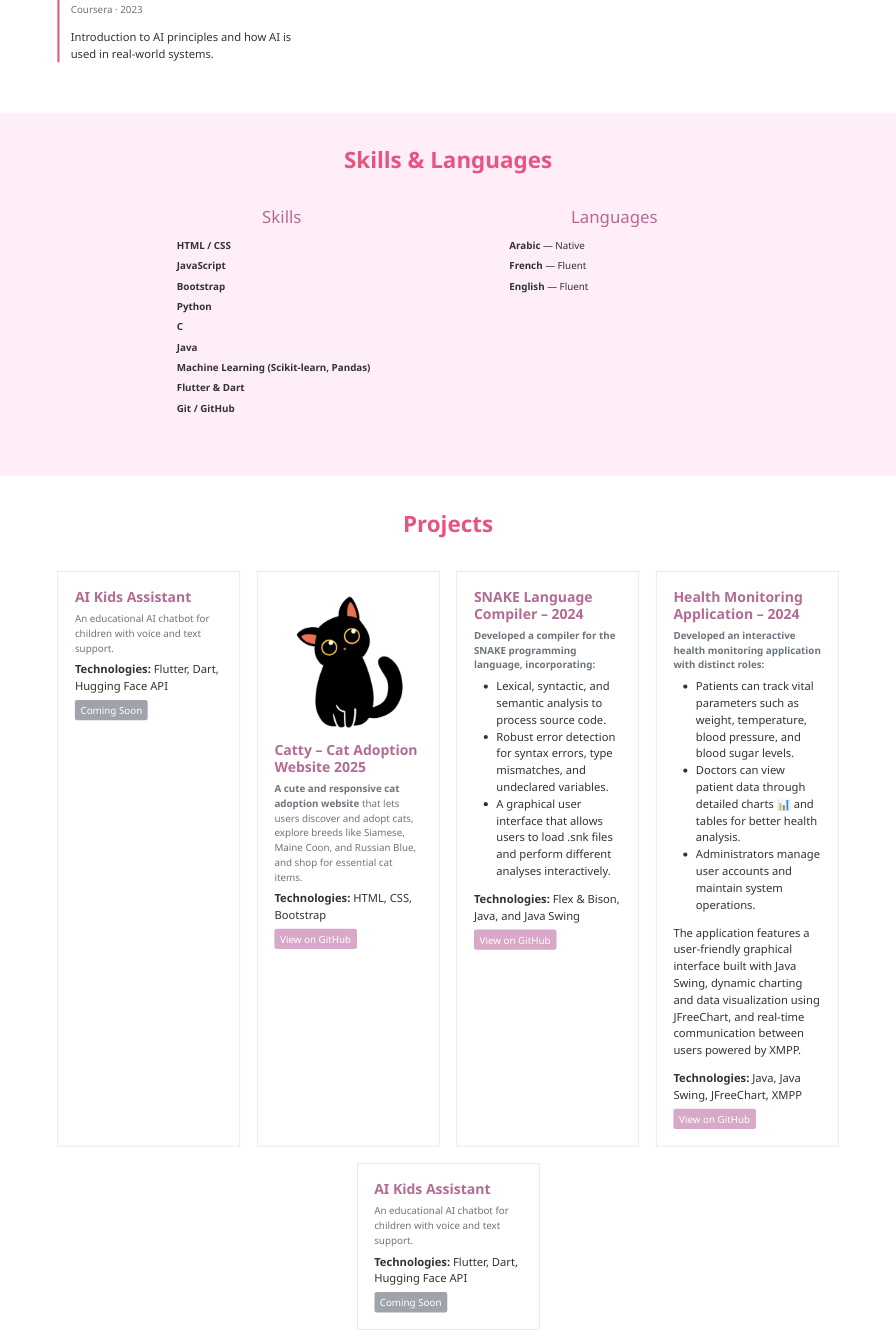
Repository: rihebtlh/portfolio
Page: new.html
The author's editor kept a copy of each file at every save. The page is drawn from the files as they stood at one save, then again after the next save.
The browser window is 1280 px wide. The pictures show the part of the page from y = 1957 to 3877 px (the page is 3905 px tall), at 70% of full size.

Above is the page before, as saved 2025-07-02 16:24:00.

### new.html
<!DOCTYPE html>
<html lang="en">
<head>
  <meta charset="UTF-8" />
  <meta name="viewport" content="width=device-width, initial-scale=1.0" />
  <title>Riheb Talhi Portfolio</title>
  <link href="https://cdn.jsdelivr.net/npm/bootstrap@5.0.2/dist/css/bootstrap.min.css" rel="stylesheet" />
  <script src="https://cdn.jsdelivr.net/npm/bootstrap@5.0.2/dist/js/bootstrap.bundle.min.js"></script>
  <link rel="stylesheet" href="https://cdn.jsdelivr.net/npm/bootstrap-icons@1.10.5/font/bootstrap-icons.css">


  <style>
    body {
      font-family: 'Segoe UI', sans-serif;
      color: #333;
      background: #fff;
    }

    .navbar {
      background: rgba(255, 255, 255, 0.9);
      box-shadow: 0 4px 6px rgba(0, 0, 0, 0.05);
    }

    .navbar-nav .nav-link {
      color: #b36b94 !important;
      font-weight: 500;
    }

    .navbar-nav .nav-link:hover {
      color: #e75480 !important;
    }

    .btn-secondary {
      background-color: #d9a7c7;
      border: none;
    }

    .btn-secondary:hover {
      background-color: #e2b8d3;
    }

    h1, h2 {
      font-weight: 700;
    }

    .display-2 {
      color: #e75480;
    }

    .display-5 {
      color: #a070a8;
    }

    section {
      padding: 4rem 0;
    }

    .head {
      background-color: #ffeef8;
    }

    .about {
      background-color: #ffffff;
    }

    .about h2 {
      color: #e75480;
    }

    .about p {
      font-size: 1.1rem;
      color: #444;
      max-width: 800px;
    }

    img.rounded-circle {
      border: 4px solid #fff;
    }
    /* Simple timeline style */
  .timeline-item {
    border-left: 3px solid #e75480;
    padding-left: 1rem;
    position: relative;
  }
  .timeline-item::before {
    content: '';
    position: absolute;
    left: -9px;
    top: 0.4rem;
    width: 15px;
    height: 15px;
    background: #e75480;
    border-radius: 50%;
  }
  </style>
</head>
<body>

  <!-- Navbar -->
  <nav class="navbar navbar-expand-md navbar-light fixed-top">
    <div class="container-xxl">
      <button class="navbar-toggler" type="button" data-bs-toggle="collapse" data-bs-target="#main-nav"
        aria-controls="main-nav" aria-expanded="false" aria-label="Toggle navigation">
        <span class="navbar-toggler-icon"></span>
      </button>

      <div class="collapse navbar-collapse justify-content-end align-items-center" id="main-nav">
        <ul class="navbar-nav">
          <li class="nav-item"><a class="nav-link" href="#about">About Me</a></li>
          <li class="nav-item"><a class="nav-link" href="#resume">My Resume</a></li>
          <li class="nav-item"><a class="nav-link" href="#skills">Skills & Languages</a></li>
          <li class="nav-item"><a class="nav-link" href="#projects">Projects</a></li>
          <li class="nav-item ms-2 d-none d-md-inline">
            <a class="btn btn-secondary" href="#contact">Contact me here!</a>
          </li>
        </ul>
      </div>
    </div>
  </nav>

  <!-- Hero Section -->
    <section class="head d-flex align-items-center" style="min-height: 100vh;" id="home">
    <div class="container-lg">
        <div class="row justify-content-center align-items-center">
        <div class="col-md-8 text-start">
            <h1>
            <div class="display-2 fw-bold">Riheb Talhi</div>
            <div class="display-5">Computer Science Student</div>
            <div class="display-6 text-muted">just love to solve real-world problems through creative coding.</div>
            </h1>
        </div>
        <div class="col-md-4 text-center d-none d-md-block">
            <span class="tt" data-bs-placement="bottom" title="pic">
            <img src="/assets/pic.jpg" alt="Your photo" class="img-fluid rounded-circle shadow" style="max-height: 400px;">
            </span>
        </div>
        </div>
    </div>
    </section>


  <!-- About Me Section (White) -->
  <section class="about" id="about">
    <div class="container-lg">
      <div class="row justify-content-center">
        <div class="col-md-5">
          <h2 class="mb-4">About Me</h2>
          <p><strong>Name:</strong> Riheb Talhi</p>
          <p><strong>Email:</strong> talhiriheb@gmail.com</p>
          <p><strong>Education:</strong> university of science and technology of oran - mohamed boudiaf</p>
          <p>
            <i class="bi bi-github text-dark me-2"></i>
            <a href="https://github.com/rihebtlh" target="_blank">@rihebtlh</a>
          </p>
          <p>
            <i class="bi bi-linkedin"></i>
            <a href="https://www.linkedin.com/in/riheb-talhi-bab320293" target="_blank">Talhi Riheb</a>
          </p>
          <p>
            I love building smart, helpful apps and exploring the world of artificial intelligence.
            Currently, I'm focused on AI development especially in natural language processing (NLP) and machine learning (ML).
          </p>

        </div>
      </div>
    </div>
  </section>
  <!-- Resume Section -->
    <section id="resume" class="py-5" style="background:#fff;">
        <div class="container-lg">
            <h2 class="mb-5" style="color:#e75480;">My Resume</h2>
            <div class="row">

            <!-- Education -->
            <div class="col-md-6 mb-4">
                <h4 class="mb-4" style="color:#b36b94;">Education</h4>
                <div class="timeline">
                <div class="timeline-item mb-4">
                    <h5 class="mb-1 fw-bold">University of Science and Technology of Oran - Mohamed Boudiaf</h5>
                    <p class="text-muted mb-0"><small>Bachelor's Degree in Computer Science</small></p>
                    <p class="text-muted"><small>2022 - 2025</small></p>
                    <p>Focused on software development, AI, and data structures.</p>
                </div>
                <!-- Add more education here if needed -->
                </div>
            </div>

            <!-- Experience -->
            <div class="col-md-6 mb-4">
                <h4 class="mb-4" style="color:#b36b94;">Experience</h4>
                <div class="timeline">
                <div class="timeline-item mb-4">
                    <h5 class="mb-1 fw-bold">Internship at XYZ Company</h5>
                    <p class="text-muted mb-0"><small>Summer 2023</small></p>
                    <p>Worked on developing web applications and learning Agile methodologies.</p>
                </div>
                <div class="timeline-item mb-4">
                    <h5 class="mb-1 fw-bold">Freelance Web Developer</h5>
                    <p class="text-muted mb-0"><small>2022 - Present</small></p>
                    <p>Built personal and small business websites with modern UI/UX design.</p>
                </div>
                <!-- Add more experience as needed -->
                </div>
            </div>
            </div>
            <!-- Certifications -->
            <div class="col-md-4 mb-4">
                <h4 class="mb-4" style="color:#b36b94;">Certifications</h4>
                <div class="timeline">
                <div class="timeline-item mb-4">
                    <h5 class="fw-bold">Meta Front-End Developer</h5>
                    <p class="text-muted"><small>Coursera · 2024</small></p>
                    <p>Gained skills in React, responsive design, and UI/UX fundamentals.</p>
                </div>
                <div class="timeline-item mb-4">
                    <h5 class="fw-bold">AI For Everyone</h5>
                    <p class="text-muted"><small>Coursera · 2023</small></p>
                    <p>Introduction to AI principles and how AI is used in real-world systems.</p>
                </div>
                </div>
            </div>
        </div>
    </section>
    <!-- Skills & Languages Section -->
    <section id="skills" class="py-5" style="background-color: #ffeef8;">
    <div class="container-lg text-center">
        <h2 class="mb-5" style="color: #e75480;">Skills & Languages</h2>

        <div class="row justify-content-center">
        <!-- Skills -->
        <div class="col-md-5 mb-4">
            <h4 class="mb-3" style="color: #b36b94;">Skills</h4>
            <ul class="list-unstyled small text-start mx-auto" style="max-width: 300px;">
            <li class="mb-2"><strong>HTML / CSS</strong></li>
            <li class="mb-2"><strong>JavaScript</strong></li>
            <li class="mb-2"><strong>Bootstrap</strong></li>
            <li class="mb-2"><strong>Python</strong></li>
            <li class="mb-2"><strong>C</strong></li>
            <li class="mb-2"><strong>Java</strong></li>
            <li class="mb-2"><strong>Machine Learning (Scikit-learn, Pandas)</strong></li>
            <li class="mb-2"><strong>Flutter & Dart</strong></li>
            <li class="mb-2"><strong>Git / GitHub</strong></li>
            </ul>
        </div>

        <!-- Languages -->
        <div class="col-md-5 mb-4">
            <h4 class="mb-3" style="color: #b36b94;">Languages</h4>
            <ul class="list-unstyled small text-start mx-auto" style="max-width: 300px;">
            <li class="mb-2"><strong>Arabic</strong> — Native</li>
            <li class="mb-2"><strong>French</strong> — Fluent</li>
            <li class="mb-2"><strong>English</strong> — Fluent</li>
            </ul>
        </div>
        </div>
    </div>
    </section>
    <!-- Projects Section -->
    <section id="projects" class="py-5" style="background-color: #fff;">
      <div class="container-lg">
        <h2 class="mb-5 text-center" style="color: #e75480;">Projects</h2>

        <div class="row justify-content-center g-4">
          <div class="col-md-3">
            <div class="p-4 border rounded-4 h-100" style="border-color: #ffd6e8;">
              <h5 class="fw-bold" style="color: #b36b94;">AI Kids Assistant</h5>
              <p class="text-muted small mb-2">An educational AI chatbot for children with voice and text support.</p>
              <p class="mb-2"><strong>Technologies:</strong> Flutter, Dart, Hugging Face API</p>
              <a href="#" target="_blank" class="btn btn-sm btn-secondary disabled">Coming Soon</a>
            </div>
          </div>
          <!-- Project 1 -->
          <div class="col-md-3">
            <div class="p-4 border rounded-4 h-100" style="border-color: #ffd6e8; background-color: #fff;">
              <!-- Project Image -->
              <img src="assets/catLogo.webp" alt="Catty Website Preview" class="img-fluid rounded mb-2">
              <!-- Project Content -->
              <h5 class="fw-bold" style="color: #b36b94;">Catty – Cat Adoption Website 2025</h5>
              <p class="text-muted small mb-2"><strong>A cute and responsive cat adoption website</strong> that lets users discover and adopt cats, explore breeds like Siamese, Maine Coon, and Russian Blue, and shop for essential cat items.</p>
              <p class="mb-2"><strong>Technologies:</strong> HTML, CSS, Bootstrap</p>
              <a href="https://github.com/rihebtlh/catty-storefront" target="_blank" class="btn btn-sm btn-secondary">View on GitHub</a>
            </div>
          </div>
          <!-- Project 2 -->
          <div class="col-md-3">
            <div class="p-4 border rounded-4 h-100" style="border-color: #ffd6e8;">
              <h5 class="fw-bold" style="color: #b36b94;">SNAKE Language Compiler – 2024</h5>
              <p class="text-muted small mb-2"><strong>Developed a compiler for the SNAKE programming language, incorporating:</strong></p>
              <p class="text-muted small mb-2">
                <ul>
                  <li>Lexical, syntactic, and semantic analysis to process source code.</li>
                  <li>Robust error detection for syntax errors, type mismatches, and undeclared variables.</li>
                  <li>A graphical user interface that allows users to load .snk files and perform different analyses interactively.</li>
                </ul>
              </p>
              <p class="mb-2"><strong>Technologies:</strong> Flex & Bison, Java, and Java Swing</p>
              <a href="https://github.com/rihebtlh/Compilation" target="_blank" class="btn btn-sm btn-secondary">View on GitHub</a>
            </div>
          </div>
          <!-- Project 3 -->
          <div class="col-md-3">
            <div class="p-4 border rounded-4 h-100" style="border-color: #ffd6e8;">
              <h5 class="fw-bold" style="color: #b36b94;">Health Monitoring Application – 2024</h5>
              <p class="text-muted small mb-2"><strong>Developed an interactive health monitoring application with distinct roles:</strong></p>
              <p class="text-muted small mb-2">
                <ul>
                  <li>Patients can track vital parameters such as weight, temperature, blood pressure, and blood sugar levels.</li>
                  <li>Doctors can view patient data through detailed charts 📊 and tables for better health analysis.</li>
                  <li>Administrators manage user accounts and maintain system operations.</li>
                </ul>
                <p>
                  The application features a user-friendly graphical interface built with Java Swing,
                  dynamic charting and data visualization using JFreeChart,
                  and real-time communication between users powered by XMPP.
                </p></p>
              <p class="mb-2"><strong>Technologies:</strong> Java, Java Swing, JFreeChart, XMPP</p>
              <a href="https://github.com/rihebtlh/health" target="_blank" class="btn btn-sm btn-secondary">View on GitHub</a>
            </div>
          </div>
          <!-- Project 5 -->
          <div class="col-md-3">
            <div class="p-4 border rounded-4 h-100" style="border-color: #ffd6e8;">
              <h5 class="fw-bold" style="color: #b36b94;">AI Kids Assistant</h5>
              <p class="text-muted small mb-2">An educational AI chatbot for children with voice and text support.</p>
              <p class="mb-2"><strong>Technologies:</strong> Flutter, Dart, Hugging Face API</p>
              <a href="#" target="_blank" class="btn btn-sm btn-secondary disabled">Coming Soon</a>
            </div>
          </div>

          <!-- Add more projects here -->

        </div>
      </div>
    </section>






  <!-- Tooltip Init -->
  <script>
    const tooltips = document.querySelectorAll('.tt');
    tooltips.forEach(t => {
      new bootstrap.Tooltip(t);
    });
  </script>

</body>
</html>

After the next save:
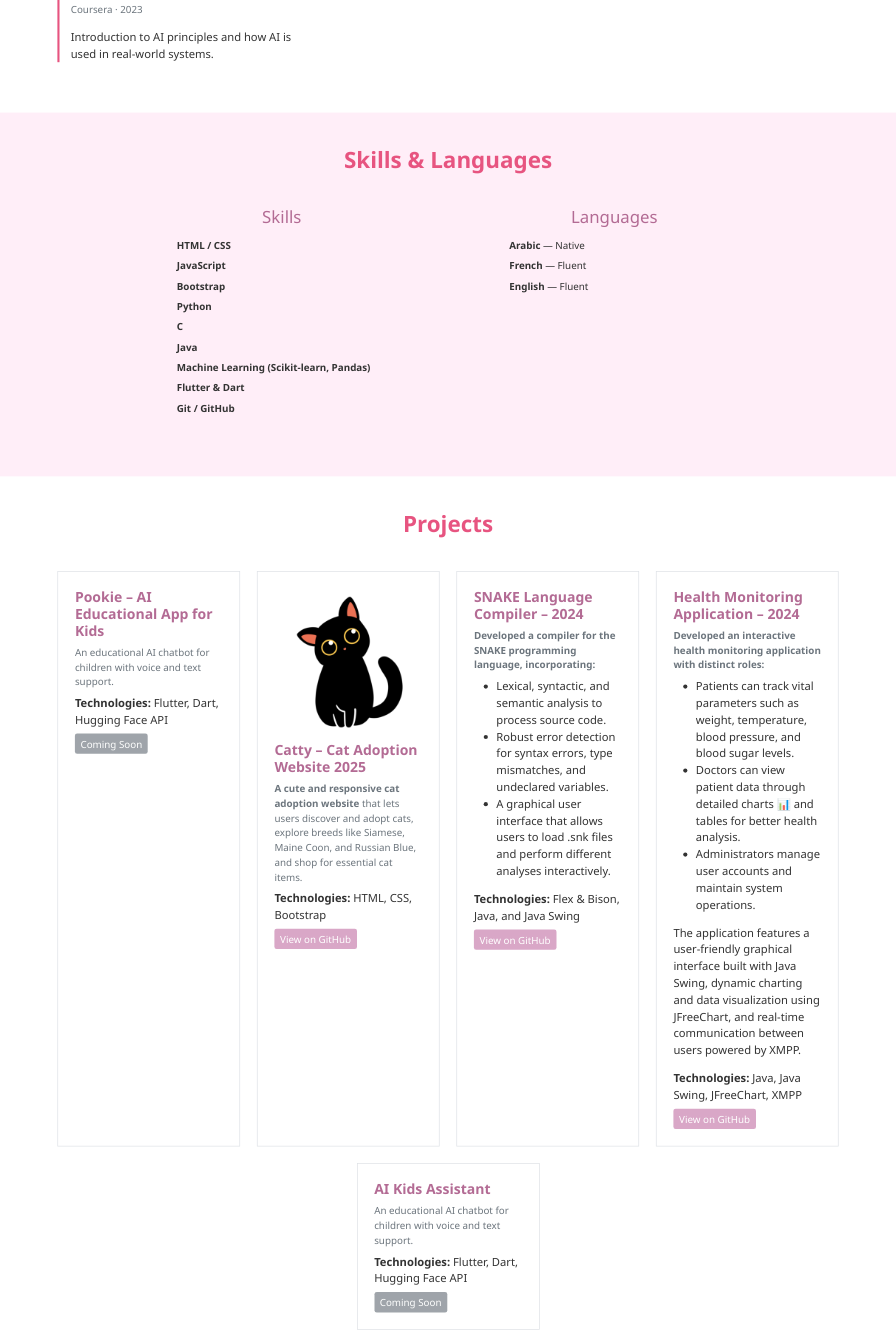
Saved 33 s later.
--- a/new.html
+++ b/new.html
@@ -263,7 +263,7 @@
         <div class="row justify-content-center g-4">
           <div class="col-md-3">
             <div class="p-4 border rounded-4 h-100" style="border-color: #ffd6e8;">
-              <h5 class="fw-bold" style="color: #b36b94;">AI Kids Assistant</h5>
+              <h5 class="fw-bold" style="color: #b36b94;">Pookie – AI Educational App for Kids</h5>
               <p class="text-muted small mb-2">An educational AI chatbot for children with voice and text support.</p>
               <p class="mb-2"><strong>Technologies:</strong> Flutter, Dart, Hugging Face API</p>
               <a href="#" target="_blank" class="btn btn-sm btn-secondary disabled">Coming Soon</a>
